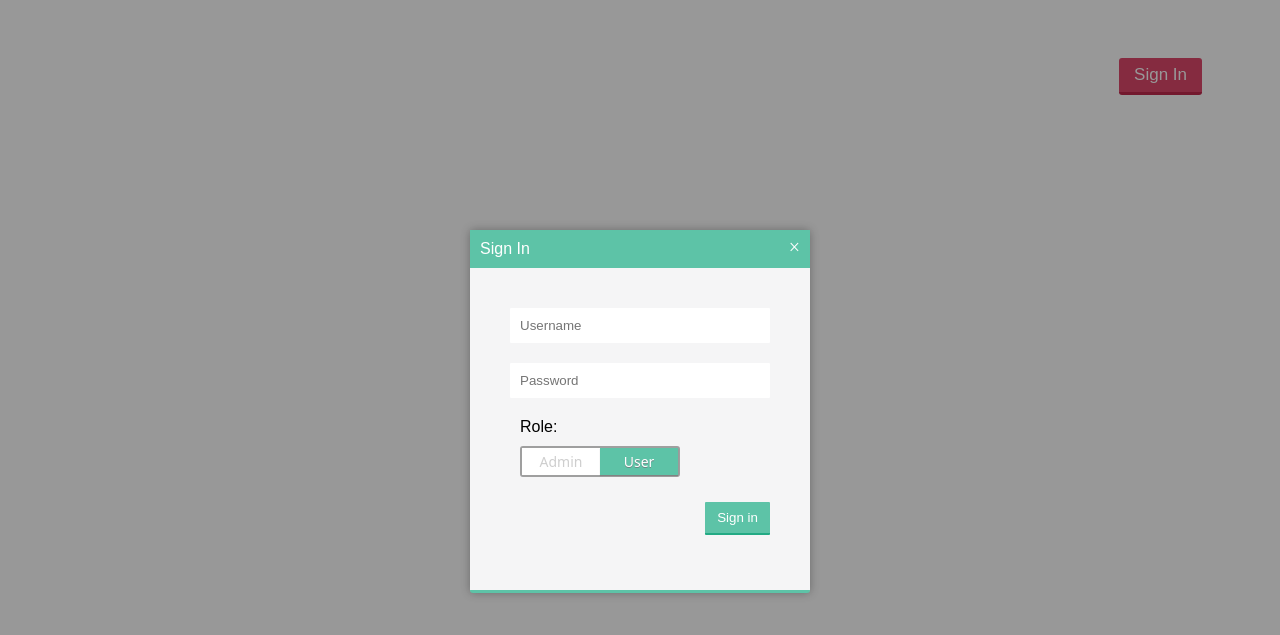
Repository: Mainak-Deb/EmployeeApprisalApp
Page: http://localhost/EmployeeApprisalForm/
These files come from the project's save history. The page is drawn as it stood at one moment and after the next save; the edit follows.
The browser window is 1280 px wide. The pictures show the whole page.
The page is served by Tomcat 9. Other server files are loaded and not shown.

Above is the page before, as saved 2023-06-27 11:05:59.

### EmployeeApprisalForm/src/main/webapp/WEB-INF/views/index.jsp
<%@ page language="java" contentType="text/html; charset=ISO-8859-1"
    pageEncoding="ISO-8859-1"%>
<!DOCTYPE html>
<html>
<head>
<meta charset="ISO-8859-1">
<title>Insert title here</title>
<link rel="stylesheet" href="public/styles/index.css" />
</head>
<body>
<span class="button">Sign In</span>
<div class="modal-bg">
<div id="modal">
	<span>Sign In<a href="#close" id="close">&#215;</a></span>
	<form  action="login.do" method="post"  >
		<input id="username" name="username" type="text" placeholder="Username" required>
		<input id="password" name="password" type="password" placeholder="Password" required>
		<div>
	         <label for="role">Role:</label> <br>
	         <div class="radio">
				<input label="Admin" type="radio" id="admin" name="role" value="admin">
				<input label="User" type="radio" id="user" name="role" value="user" checked>
			</div>
		</div>

		<button name="submit" id="submit" type="submit">Sign in</button>
	</form>
</div>
</div>
<script src="https://code.jquery.com/jquery-3.6.0.min.js"></script>
<script src="public/js/index.js" ></script>
<script type="text/javascript">
$('.button').click(function(){
	  $('#modal').css('display','block');
	  $('.modal-bg').fadeIn();
});

	$('#close').click(function(){
		  $('.modal-bg').fadeOut();
		  $('#modal').fadeOut();
	  return false;
	});
</script>
</body>
</html>

### EmployeeApprisalForm/src/main/webapp/public/styles/index.css
@charset "ISO-8859-1";
body{
 /* background-color:#292B2C;*/
 font-family: 'PT Sans', sans-serif;
}
a{
	outline: 0;
	text-decoration: none;
}
.modal-bg{
	position:fixed;
	left:0;right:0;
	top:0;bottom:0;
	z-index:100;
	background-color:rgba(50,50,50,0.5);
}

.button{
	position:relative;
	font-size:17px;
	background:#DA244F;
	border-radius: 3px;
	border-bottom: 3px solid #B5002A;
	padding:7px 15px;
	color:#fff;
	cursor:pointer;
	float:right;
	margin:50px 70px;
 	-webkit-transition:margin 100ms;
	-moz-transition:margin 100ms;
	transition:margin 100ms ;
}
.button:active{
   margin: 53px 70px;
}
.button:hover{
	background:#C40532;
}
form{
	display:block;
	margin:30px;
  padding:px;
}
form *{
	margin:10px;
}
input:focus{
  outline:0;
}
input{
	width:240px;
	padding:10px;
	border:none;
	border-radius:1px;
}
button{
	float: right;
	padding: 8px 12px;
	margin-top: 15px;
	background: #5DC3A7;
	border: none;
	color: #fff;
	border-bottom: 2px solid #23AA84;
	border-radius: 1px;
	cursor: pointer;
}
button:active{
	margin: 18px 10px;
}
button:hover{
	background-color: #0FC491;
}
#forgot-link{
	font-size: 14px;
	line-height: 45px;
	color: #5DC3A7;
	display: inline-block;
}
#forgot-link:hover{
	color: #23AA84;
}
#modal{
	position:absolute;
	background-color:#F5F5F6;
	top:50%;
	left:50%;
	z-index:101;
	border-radius:3px;
	width:340px;
	height:360px;
	margin-top:-130px;
	margin-left:-170px;
	border-bottom: 3px solid #5DC3A7;
	box-shadow:0 0 10px 0 rgba(0,0,0,0.3);
}

#modal span{
	display: block;
	background:#5DC3A7;
	padding: 10px;
	color:#fff;
}
#close{
	float: right;
	color: #fff;
  margin-top:-4px;
	font-family: serif;
	font-size: 20px;
}
#close:hover{
	color:gray;
}


.radio {
	border-radius: 3px;
	border: 2px solid #2b2b2b6d;
	display:flex;
	flex-direction:row;
	width:60%;
}

.radio input {
	width: 50%;
	height: auto;
	margin:0px;
	margin-bottom:0px;
	-webkit-appearance: none;
	-moz-appearance: none;
	appearance: none;
	outline: none;
	cursor: pointer;
	border-radius:0px;
	padding: 4px 8px;
	background-color: rgba(255,255,255);
	color: #bdbdbdbd;
	font-size: 14px;
	font-family: system-ui, -apple-system, BlinkMacSystemFont, "Segoe UI", Roboto,
		"Helvetica Neue", Arial, "Noto Sans", sans-serif, "Apple Color Emoji",
		"Segoe UI Emoji", "Segoe UI Symbol", "Noto Color Emoji";
	transition: all 100ms linear;

}

.radio input:checked {
	background-color:  #5DC3A7;
	color: #fff;
	box-shadow: 0 1px 1px #0000002e;
	text-shadow: 0 1px 0px #79485f7a;
}

.radio input:before {
	content: attr(label);
	display: inline-block;
	text-align: center;
	width: 100%;
}

### EmployeeApprisalForm/src/main/webapp/public/js/index.js
$(".button").click(function () {
  $("#modal").css("display", "block");
  $(".modal-bg").fadeIn();
});

$("#close").click(function () {
  $(".modal-bg").fadeOut();
  $("#modal").fadeOut();
  return false;
});

After the next save:
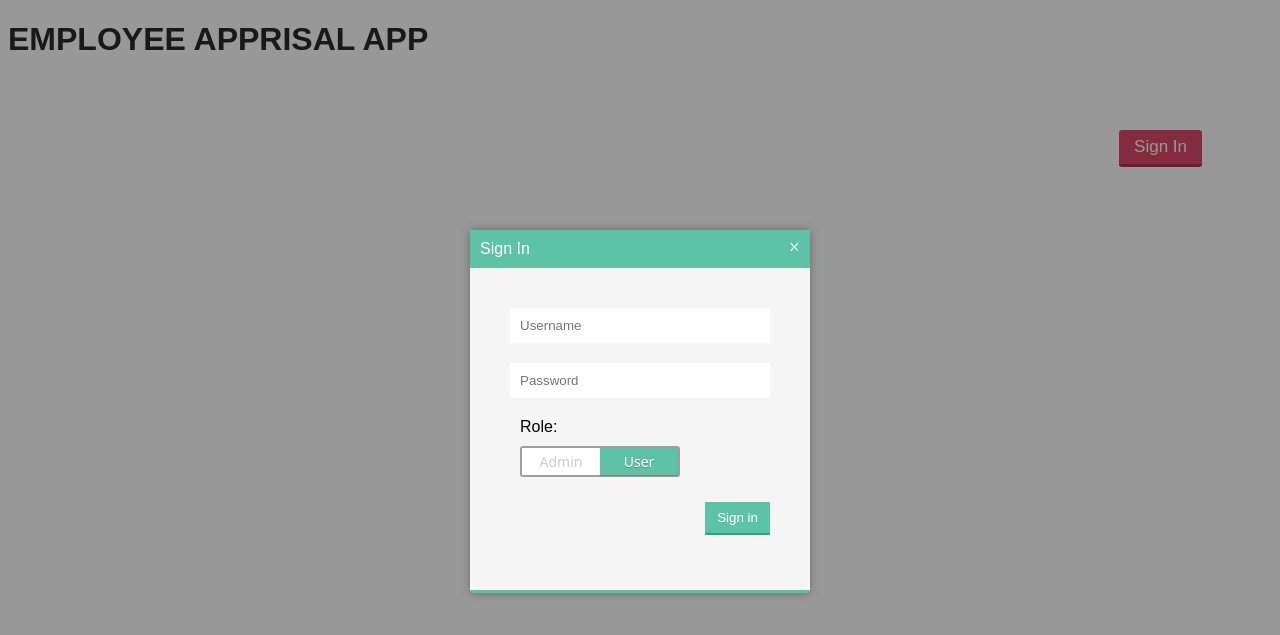
Saved 3 min 10 s later.
--- a/EmployeeApprisalForm/src/main/webapp/WEB-INF/views/index.jsp
+++ b/EmployeeApprisalForm/src/main/webapp/WEB-INF/views/index.jsp
@@ -8,6 +8,7 @@
 <link rel="stylesheet" href="public/styles/index.css" />
 </head>
 <body>
+<h1>EMPLOYEE APPRISAL APP</h1>
 <span class="button">Sign In</span>
 <div class="modal-bg">
 <div id="modal">
